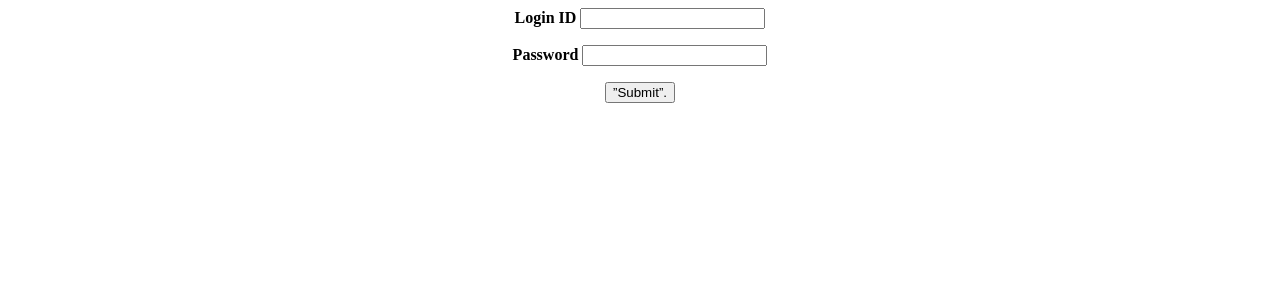
Repository: avads1/Webhook-listener
Page: webhook-servlet/WebContent/index.html
The author's editor kept a copy of each file at every save. The page is drawn from the files as they stood at one save, then again after the next save.
The browser window is 1280 px wide. The pictures show the whole page.

Above is the page before, as saved 2022-05-01 01:39:16.

### webhook-servlet/WebContent/index.html
<!DOCTYPE html>
<HTML>

<BODY>

	<CENTER>

		<FORM NAME=”Form1″ METHOD=”post”
			ACTION=”https://ecomputernotes.com:8080/ServletGetExample”>

			<B>Login ID</B> <INPUT TYPE=”text” NAME=”loginid” SIZE=”30″>

			<P>

				<B>Password</B> <INPUT TYPE=”password” NAME=”password” SIZE=”30″>

			</P>

			<P>

				<INPUT TYPE=submit VALUE=”Submit”.>

			</P>
</BODY>

</HTML>

After the next save:
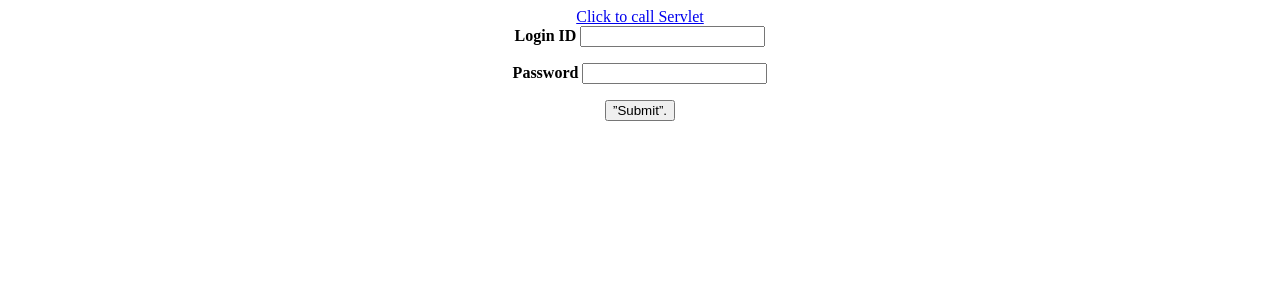
Saved 69 s later.
--- a/webhook-servlet/WebContent/index.html
+++ b/webhook-servlet/WebContent/index.html
@@ -4,6 +4,7 @@
 <BODY>
 
 	<CENTER>
+	<a href="welcome">Click to call Servlet</a>
 
 		<FORM NAME=”Form1″ METHOD=”post”
 			ACTION=”https://ecomputernotes.com:8080/ServletGetExample”>
